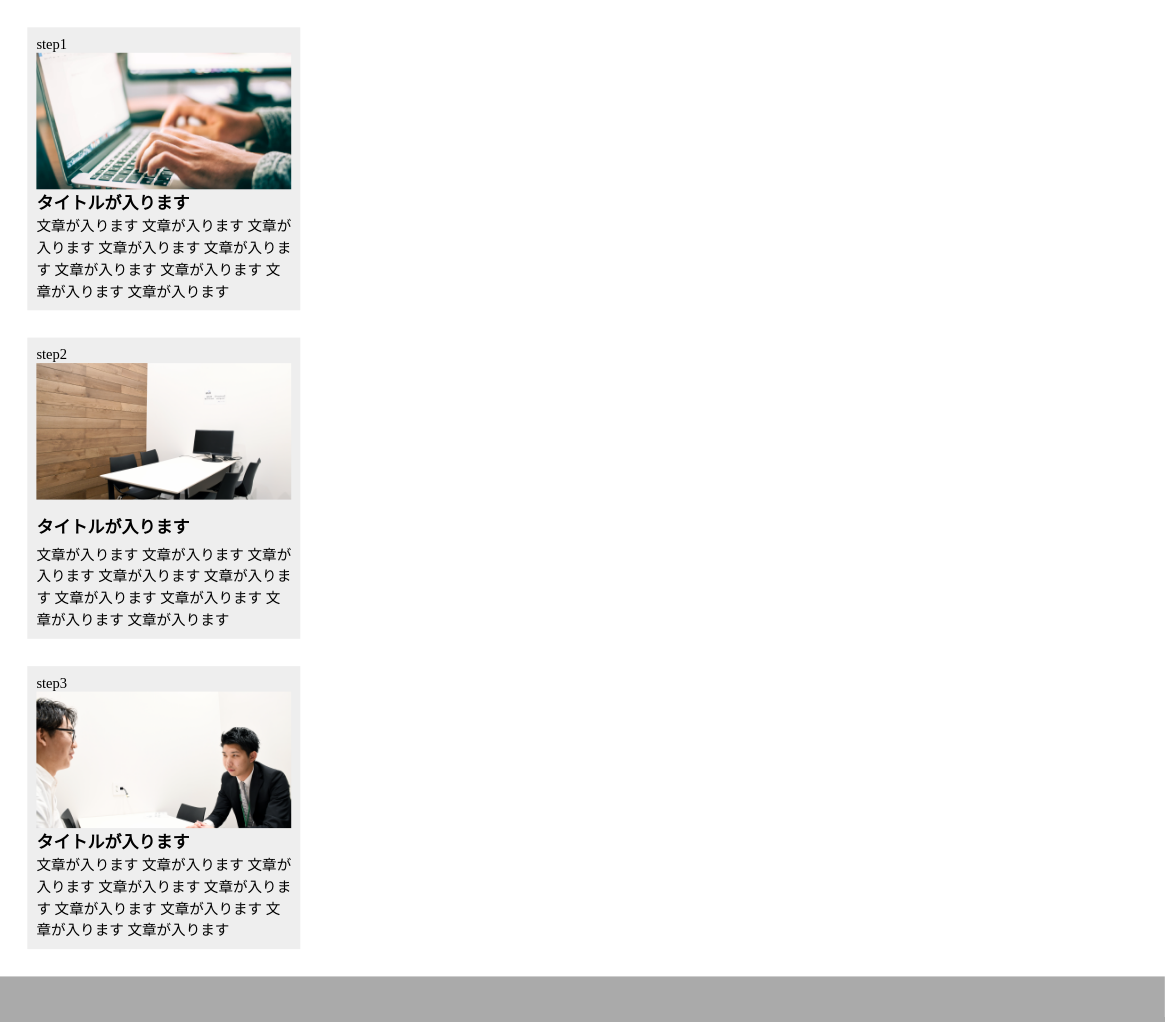
Repository: shizuki-okuma/dmm-webcamp
Page: chapter9_exercise/chapter9_exercise.html
The author's editor kept a record of every edit. The page is drawn from the files as they stood at one moment, then again after the next edit.
The browser window is 1280 px wide. The pictures show the whole page, at 91% of full size.

Above is the page before.

### chapter9_exercise/chapter9_exercise.html
<!DOCTYPE html>
<html lang="ja">
  <head>
    <meta charset="UTF-8" />
    <!-- CSSファイルの読み込み -->
    <link rel="stylesheet" href="style.css" />
    <title>chapter9_exercise</title>
  </head>

  <body>
    <head>
    </head>
    <div class="main-visual">
      <div class="main-box1">
        <span class="icon">step1</span>
        <div class="image1"></div>
        <h3>タイトルが入ります</h3>
        <p>文章が入ります 文章が入ります 文章が入ります 文章が入ります 文章が入ります 文章が入ります 文章が入ります 文章が入ります 文章が入ります</p>
      </div>

      <div class="main-box2">
        <span class="icon">step2</span>
        <div class="image2"></div>
        <h3 class="heading">タイトルが入ります</h3>
        <p>文章が入ります 文章が入ります 文章が入ります 文章が入ります 文章が入ります 文章が入ります 文章が入ります 文章が入ります 文章が入ります</p>
      </div>

      <div class="main-box3">
        <span class="icon">step3</span>
        <div class="image3"></div>
        <h3>タイトルが入ります</h3>
        <p>文章が入ります 文章が入ります 文章が入ります 文章が入ります 文章が入ります 文章が入ります 文章が入ります 文章が入ります 文章が入ります</p>
      </div>
    </main>
    <footer>

    </footer>

  </body>
</html>

### chapter9_exercise/style.css
* {
  margin: 0;
  padding: 0;
  box-sizing: border-box;
}

header {
  background-color: #FF9a4b;
  height: 50px;
}
.main {
  width: 960px;
  display: flex;
  margin: 50px auto;
}
.step-box {
  width: 300px;
  margin-left: 30px;
  padding: 10px;
  position: relative;
  background-color: #eee;
}
.step-box:last-child {
  margin-right: 0;
}
.step-img1 {
  height: 150px;
  background-image: url(img/flow01.png);
  background-position: bottom;
  background-size: cover;
}
.step-img2 {
  height: 150px;
  background-image: url(img/flow02.png);
  background-position: bottom;
  background-size: cover;
}
.heading {
  margin-top: 15px;
  margin-bottom: 5px;
}
.main-box1 {
  width: 300px;
  background-color: #EEEEEE;
  margin: 30px;
  padding: 10px;
  position: relative;
}
.image1 {
  background-image: url(img/flow01.png);
  background-size: cover;
  background-position: center;
  height: 150px;
}
.main-box2 {
  width: 300px;
  background-color: #EEEEEE;
  margin: 30px;
  padding: 10px;
}
.image2 {
  background-image: url(img/flow02.png);
  background-size: cover;
  background-position: center;
  height: 150px;
}
.main-box3 {
  width: 300px;
  background-color: #EEEEEE;
  margin: 30px;
  padding: 10px;
}

.image3 {
  height: 150px;
  background-image: url(img/flow03.png);
  background-size: cover;
  background-position: center;

}
footer {
  background-color: #AAAAAA;
  height: 50px;
}

After the next edit:
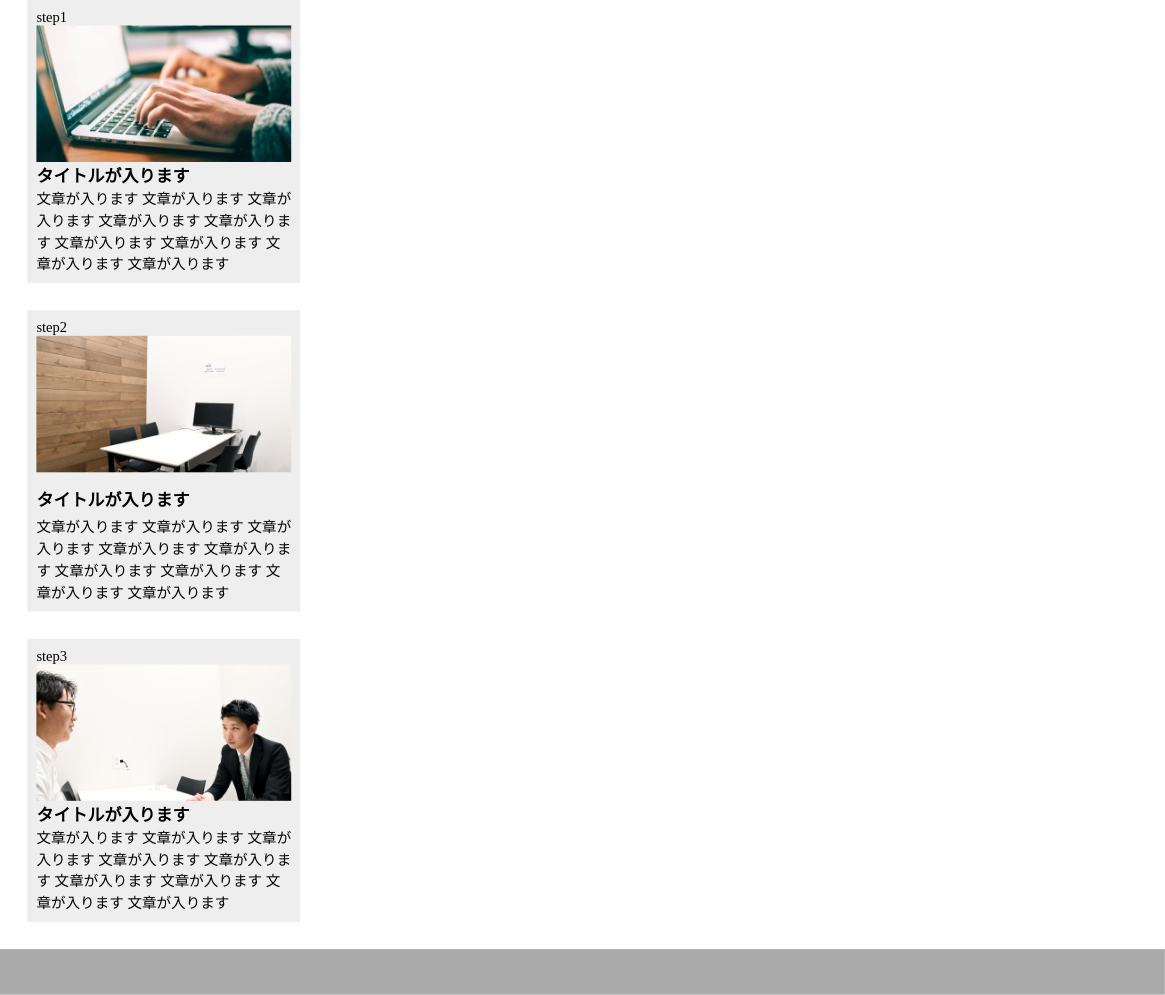
The edit:
--- a/chapter9_exercise/chapter9_exercise.html
+++ b/chapter9_exercise/chapter9_exercise.html
@@ -10,10 +10,10 @@
   <body>
     <head>
     </head>
-    <div class="main-visual">
-      <div class="main-box1">
-        <span class="icon">step1</span>
-        <div class="image1"></div>
+    <main>
+      <div class="step-box">
+        <span class="step-num">step1</span>
+        <div class="step-img1"></div>
         <h3>タイトルが入ります</h3>
         <p>文章が入ります 文章が入ります 文章が入ります 文章が入ります 文章が入ります 文章が入ります 文章が入ります 文章が入ります 文章が入ります</p>
       </div>
